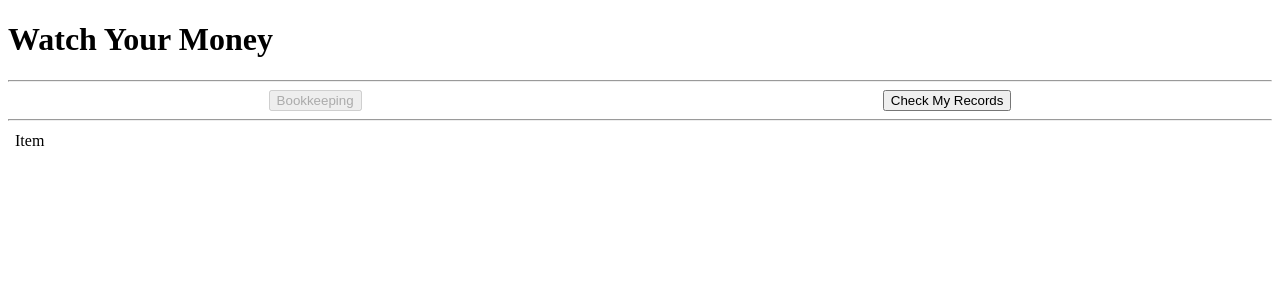
Repository: chelsea9869/Hackathon-TNT
Page: http://localhost/app/watch_your_money.php
These files come from the project's save history. The page is drawn as it stood at one moment and after a run of saves; the edit follows.
The browser window is 1280 px wide. The pictures show the whole page.
The page is run by PHP 8.4 with error messages shown; the project is at /var/www/html/.

Above is the page before, as saved 2020-09-05 11:09:27.

After the next 3 saves:
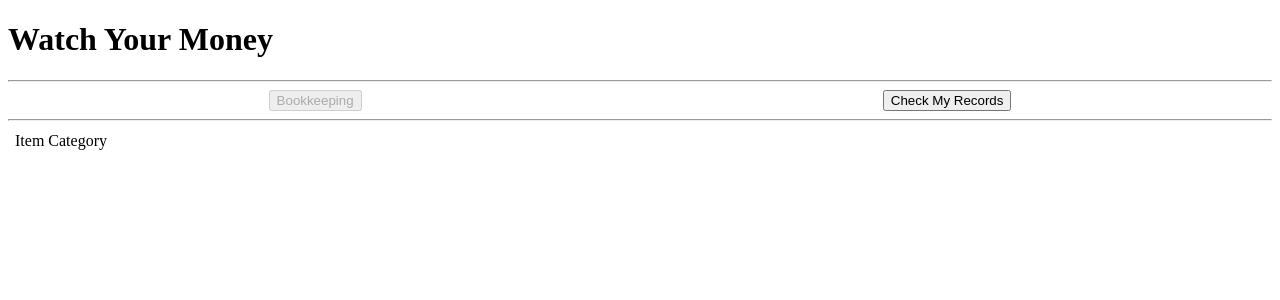
The 3 saves are shown as one change because they came seconds apart.
The last was saved 12 s later.
--- a/app/watch_your_money.php
+++ b/app/watch_your_money.php
@@ -23,6 +23,7 @@
                 <form name='bookkeeping-table-form' action="post">
                     <th>
                         <td>Item</td>
+                        <td>Category</td>
                     </th>
                 </form>
             </table>
